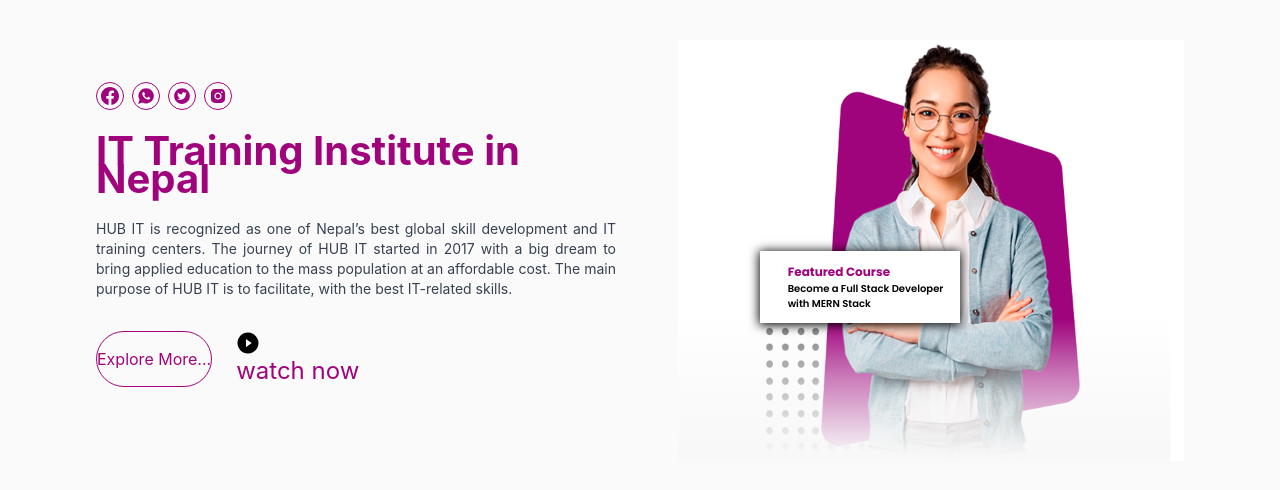
Repository: praveenmunagapati/hgllearnv2
Page: /HomePage/Home
These files come from the project's save history. The page is drawn as it stood at one moment and after the next save; the edit follows.
The browser window is 1280 px wide. The pictures show the whole page.
The project was rebuilt for these pictures with package versions that can differ from the ones it lists, and the page was loaded fresh each time. The framework's server and built-in components were replaced by stand-ins that run in the browser. Also part of the build but not shown: next.config.js.

Above is the page before, as saved 2023-01-03 14:59:30.

### pages/_app.js
import Analytics from "../components/SEO/Seo";
import "../styles/globals.css";
import "../styles/SCSS/master.scss";

function MyApp({ Component, pageProps }) {
  return <div>
    <Analytics />
    <Component {...pageProps} />
  </div>
}

export default MyApp;

### pages/HomePage/Home.jsx
import React from "react";
import { AiFillPlayCircle } from "react-icons/ai";
import Icons from "../../components/Navigation/Navitem/iconitem";
import teacher from "../../public/teacher.png";
import Image from "next/image";
import Link from "next/link";

function Home() {
  return (
    <>
      <div
        className="flex flex-col lg:flex-row xl:flex-row xxl:flex-row
          w-full justify-center items-center pb-20 pt-10
        md:px-8 lg:px-20 xl:px-24 xxl:px-32 px-4 bg-[#fafafa]"
      >
        <div className="h-max md:w-3/6 lg:w-3/6 xl:w-3/6 xxl:w-3/ 6 w-full ">
          <div className="flex mb-3">
            {Icons.map((icon, index) => {
              return (
                <div
                  key={index}
                  className="p-1 rounded-full bg-transparent flex justify-center items-center border border-[#A0047D] hover:border-none mr-2"
                >
                  <span className="text-[#A0047D] cursor-pointer hover:scale-90 duration-300 delay-200 transition-all text-base xl:text-lg xxl:text-xl">
                    <Link href={icon.path} passHref>
                      <a target={"_blank"}>{icon.icon}</a>
                    </Link>
                  </span>
                </div>
              );
            })}
          </div>
          <div className="font-bold xl:text-xl xxl:text-2xl text-[#A0047D] mb-1">
            <h1>IT Training Institute in Nepal</h1>
          </div>
          <div className="text-xs xl:text-sm xxl:text-base text-gray-700 pr-6 text-justify">
            <p>
              HUB IT is recognized as one of Nepal’s best global skill
              development and IT training centers. The journey of HUB IT started
              in 2017 with a big dream to bring applied education to the mass
              population at an affordable cost. The main purpose of HUB IT is to
              facilitate, with the best IT-related skills.
            </p>
          </div>
          <div className="flex py-8">
            <button
              className={
                "border-[1.5px] border-[#A0047D] rounded-full mr-6 text-sm xl:text-base xxl:text-lg text-main hover:scale-105 transition-all ease-in-out duration-300 delay-100 hover:bg-main hover:text-white"
              }
            >
              Explore More...
            </button>
            <div className="flex items-center broder-[1.5px] border-main gap-2 text-2xl ">
              <div className="">
                <div>
                  <AiFillPlayCircle />
                </div>
                <button className="text-main">watch now</button>
              </div>
            </div>
          </div>
        </div>
        <div className="h-full w-full mt-8  md:mt-4 lg:mt-0 xl:mt-0 mx-auto lg:w-3/6 xl:w-3/6 xxl:w-3/6">
          <div className="relative">
            <div className="ml-[3vw]">
              <Image
                src={teacher}
                alt={"Loading"}
                layout="responsive"
                width={120}
                height={100}
              />
            </div>
            <div className="bg-white shadow-[0px_1px_10px_1px_black] h-max py-3 absolute top-[50%] left-[22%]  w-[200px] ">
              <div className="h-full w-full  relative">
                <div className=" h-full w-full flex flex-col justify-center px-4 ml-3">
                  <div className="text-[12px] font-bold text-[#a0047d] Poppins">
                    Featured Course
                  </div>
                  <div className="text-[10px] font-semibold text-black Poppins">
                    Become a Full Stack Developer with MERN Stack
                  </div>
                </div>
              </div>
            </div>
          </div>
        </div>
      </div>
    </>
  );
}

export default Home;

### components/SEO/Seo.js
import Script from 'next/script'

function Analytics() {
  return (
    <div className="container">
      {/* <!-- Global site tag (gtag.js) - Google Analytics --> */}
      <Script
        src="https://www.googletagmanager.com/gtag/js?id=G-HL5GL0WCSP"
        strategy="afterInteractive"
      />
      <Script id="google-analytics" strategy="afterInteractive">
        {`
      window.dataLayer = window.dataLayer || [];
      function gtag(){dataLayer.push(arguments);}
      gtag('js', new Date());

      gtag('config', 'G-HL5GL0WCSP');
        `}
      </Script>

    </div>
  )
}

export default Analytics

### styles/globals.css
html,
body {
  padding: 0;
  margin: 0;
  font-family: -apple-system, BlinkMacSystemFont, Segoe UI, Roboto, Oxygen,
    Ubuntu, Cantarell, Fira Sans, Droid Sans, Helvetica Neue, sans-serif;
    scroll-behavior: smooth;
    box-sizing: border-box;
}

a {
  color: inherit;
  text-decoration: none;
}

* {
  box-sizing: border-box;
}

.info::-webkit-scrollbar{
  display: none;

}
.info{
  width: 20vw;

}
@tailwind base;
@tailwind components;
@tailwind utilities;

### styles/SCSS/master.scss
@import "./utils.scss";

### components/Navigation/Navitem/iconitem.js
import { BsFacebook } from 'react-icons/bs';
import { IoLogoWhatsapp } from 'react-icons/io';
import { AiFillTwitterCircle } from 'react-icons/ai';
import { AiFillInstagram } from 'react-icons/ai';

const Icons = [
    { icon: <BsFacebook />, path:"https://www.facebook.com/hubitts" },
    { icon: < IoLogoWhatsapp />, path:"https://wa.me/message/R23HVVD5DWPVI1" },
    { icon: <AiFillTwitterCircle />, path:"https://twitter.com/hubittraining" },
    { icon: <AiFillInstagram />,path:"https://www.instagram.com/hubittraining" }
];

export default Icons;

### styles/SCSS/utils.scss
$primaryColor: #09313e;

$primaryLight: rgba(2, 167, 217, 0.1);
$Gray: #686868;
$GrayD: #6a6363;
$SecondaryColor: #ef3c23;
$Dark: #0d0106;

$GrayOne: #f9f9f9;
$GrayTwo: #f2f2f2;
$grayFour: #e3e3e3;
$buttonone: #159996;
$TabGray: #e5e7eb;

$GrayOne: #f9f9f9;
$GrayTwo: #f2f2f2;
$grayFour: #e3e3e3;
$buttonone: #159996;

//  font family
@import url("https://fonts.googleapis.com/css2?family=Poppins:ital,wght@0,100;0,200;0,300;0,500;0,600;0,700;0,800;0,900;1,100;1,200;1,300;1,400;1,500;1,600;1,700;1,800;1,900&display=swap");
.Poppins {
  font-family: "Poppins", sans-serif;
}
// fonts closed

.bg-primary {
  background-color: $primaryColor;
}
.bg-primary-light {
  background-color: $primaryLight;
}

.bg-gray {
  background-color: $Gray;
}
.bg-grayOne {
  background-color: $GrayOne;
}
.bg-grayTwo {
  background-color: $GrayTwo;
}
.bg-grayFour {
  background-color: $grayFour;
}
.bg-grayD {
  background-color: $GrayD;
}
.border-primary {
  border-color: $primaryColor;
}
.text-primary {
  color: $primaryColor;
}
.bg-secondary {
  background-color: $SecondaryColor;
}
.text-secondary {
  color: $SecondaryColor;
}
.text-gray {
  color: $Gray;
}
.text-grayD {
  color: #686868;
}
.text-gray-dark {
  color: $GrayD;
}

@mixin btn($bg, $color) {
  background-color: $bg;
  color: $color;
  display: flex;
  justify-content: center;
  cursor: pointer;
  align-items: center;
  padding: 8px 16px;
  transition: all 0.2s;
}
.btn-primary {
  @include btn($primaryColor, white);
}
.btn-Add {
  @include btn($buttonone, white);
}
.btn-secondary {
  @include btn($GrayD, black);
}
@mixin btn-outline($color, $border) {
  border: 1px solid $border;
  color: $color;
  display: flex;
  justify-content: center;
  align-items: center;
  padding: 8px 16px;
  cursor: pointer;
  transition: all 0.2s;
}
.btn-outline-primary {
  @include btn-outline($primaryColor, $primaryColor);
  cursor: pointer;
}

.btn-outline-secondary {
  @include btn-outline($SecondaryColor, $SecondaryColor);
  cursor: pointer;
}
.btn-outline-Gray {
  @include btn-outline($Gray, $Gray);
  cursor: pointer;
}
.card {
  background-color: white;
  box-shadow: 1px 1px 4px 2px rgba(0, 0, 0, 0.06);
  padding: 1rem;
}

.card-one {
  background-color: white;
  // border-radius: 10px;
  box-shadow: 1px 1px 1px 1px rgba(0, 0, 0, 0.02);
  padding: 1.5rem 2.5rem;
}
.container {
  width: 100%;
  margin-left: auto;
  margin-right: auto;
}
.OverViewButton {
  font-family: "Open Sans", sans-serif;
  font-weight: 400;
  cursor: pointer;
  height: fit-content;
}

body::-webkit-scrollbar {
  display: none;
  width: 0.8rem;
}

body::-webkit-scrollbar-track {
  display: none;
  box-shadow: inset 0 0 6px rgba(0, 0, 0, 0.3);
}

body::-webkit-scrollbar-thumb {
  display: none;
  background-color: rgb(117, 136, 144);
  outline: 1px solid slategrey;
}
.scroll {
  overflow: scroll;
}
.scroll::-webkit-scrollbar {
  display: none;
  width: 0.08rem;
}
.scroll::-webkit-scrollbar-thumb {
  display: none;
  background-color: $GrayD;
  outline: 1px solid $GrayD;
}
#UserProfile::after {
  content: " ";
  height: 0;
  position: absolute;
  width: 0;
  top: -19px;
  right: 14px;
  border: 10px solid transparent;
  border-bottom-color: $GrayTwo;
}
input {
  outline: none;
}
// default css for html elemets
h1 {
  display: block;
  font-size: 2em;
  margin-top: 0.67em;
  margin-bottom: 0.67em;
  margin-left: 0;
  margin-right: 0;
  font-weight: bold;
}
h2 {
  display: block;
  font-size: 1.5em;
  margin-top: 0.83em;
  margin-bottom: 0.83em;
  margin-left: 0;
  margin-right: 0;
  font-weight: bold;
}
h3 {
  display: block;
  font-size: 1.17em;
  margin-top: 1em;
  margin-bottom: 1em;
  margin-left: 0;
  margin-right: 0;
  font-weight: bold;
}
h4 {
  display: block;
  margin-top: 1.33em;
  margin-bottom: 1.33em;
  margin-left: 0;
  margin-right: 0;
  font-weight: bold;
}
h5 {
  display: block;
  font-size: 0.83em;
  margin-top: 1.67em;
  margin-bottom: 1.67em;
  margin-left: 0;
  margin-right: 0;
  font-weight: bold;
}
h6 {
  display: block;
  font-size: 0.67em;
  margin-top: 2.33em;
  margin-bottom: 2.33em;
  margin-left: 0;
  margin-right: 0;
  font-weight: bold;
}

.collapsible .content {
  padding: 0.5rem;
}
.collapsible .content-parent {
  height: 0px;
  overflow: hidden;
  transition: height ease-in-out 0.4s;
}
.roundeds {
  display: none;
  color: transparent;
  padding: 0px 0px 0px 5px;
  transition: ease-in-out 0.8s;

  background: #03c9a9;
  position: relative;
  display: block;
  float: left;
}
.roundeds::before {
  content: " ";
  display: block;
  width: 0;
  height: 0;
  border-top: 50px solid transparent;
  border-bottom: 50px solid transparent;
  border-left: 30px solid #03c9a9;
  position: absolute;
  top: 50%;
  margin-top: -50px;
  margin-left: 1px;
  left: 100%;
  z-index: 1;
}
.roundeds::after {
  content: " ";
  display: block;
  width: 0;
  height: 0;
  border-top: 50px solid transparent;
  border-bottom: 50px solid transparent;
  border-left: 30px solid #03c9a9;
  position: absolute;
  top: 50%;
  margin-top: -50px;
  left: 100%;
  z-index: 2;
}
.text {
  color: #03c9a9;
}
.bg-color {
  background-color: rgb(251, 252, 252);
}

.categoryFilter {
  color: rgb(239, 239, 239);
  text-shadow: 1px 1px 5px rgb(25, 24, 24);
}
.hoverme:hover {
  background-color: #02a8da;
}
.textPrimary:hover {
  color: rgba(160, 4, 125, 1);
}

// .featureData{
//   background-image: url('../../public/Teamwork.jpeg');
//   // background-image:linear-gradient(0deg, rgba(2,10,20,0.8995973389355743) 20%, rgba(0,2,20,0.6979166666666667) 55%, rgba(1,2,1,0.3029586834733894) 80%, rgba(1,2,3,0.8995973389355743) 100%), url(../../public/Teamwork.jpeg);
//   background-repeat: no-repeat;

// }
// .featureData::before{
//   ba
// }

.hovertext:hover {
  color: #02a8da;
}

.smalltext {
  font-size: 1px;
  color: red;
}
.borderRadiusHome {
  width: 0;
  height: 345px;
  // border: 130px solid green;
  // border-left: 25px solid red;
  // border-width: 0 25px 25px 0px;
  // border-right: 200px solid red;

  border-bottom-left-radius: 0px;
  border-top-left-radius: 80px;
  border-top-right-radius: 800px;
  border-bottom-right-radius: 505px;
  border: 100px solid rgba(160, 4, 125, 1);
  transform: rotatex(180deg);
  // position: relative;
}
.borderRadiusHome::before {
  content: "";
  top: -83px;
  left: -104px;
  position: absolute;
  // border-radius: 10px;
  background-color: rgba(160, 4, 125, 1);
  // background-color: red;
  width: 300px;
  height: 250px;
  border-bottom-left-radius: 170px;
  border-top-left-radius: 50px;
  border-bottom-right-radius: 30px;

  border-top-right-radius: 50px;
  transform: rotate(8deg);
}
.borderRadiusHome::after {
  content: "";
  top: 173px;
  left: -110px;
  position: absolute;
  width: 282px;
  height: 60px;
  border-bottom-left-radius: 20px;
  border-bottom-right-radius: 15px;
  border-top-left-radius: 35px;
  border-top-right-radius: 30px;
  transform: rotate(-22deg);
  // background-color: red;

  background-color: rgba(160, 4, 125, 1);
}
.buttonWidth {
  width: 570px;
}

// fonts closed
// css for slider
.width {
  min-width: 100%;
}
// scroll to top ko button ko css included gareko
.back-to-top {
  position: fixed;
  bottom: 90px;
  right: 20px;
  font-size: 50px;
  background: rgba(160, 4, 125, 1);
  color: white;
  cursor: pointer;
  border-radius: 100px;
  border: none;
  box-shadow: 0 5px 10px rgb(156, 62, 136);
  z-index: 10;
}

.borderRight {
  background-color: gray;
  width: 1px;
  height: 15px;
}
.borderRadiusTop {
  border-top-left-radius: 5px;
  border-top-right-radius: 5px;
}
.borderRadiusTopHover:hover {
  border-top-left-radius: 5px;
  border-top-right-radius: 5px;
}

@keyframes nextPage {
  0% {
    opacity: 0.8;
    transform: translate(60px, 0);
  }

  100% {
    opacity: 1;
    transform: translate(0, 0);
  }
}

@keyframes prevPage {
  0% {
    opacity: 0.8;
    transform: translate(-60px, 0);
  }

  100% {
    opacity: 1;
    transform: translate(0, 0);
  }
}

.tipDown {
  background-color: rgba(160, 4, 125, 1);
  position: relative;
  z-index: 900;
}
.tipDown::after {
  content: "";
  position: absolute;
  width: 30px;
  background-color: rgba(160, 4, 125, 1);
  z-index: -10;
  height: 30px;
  top: 20px;
  left: 18px;
  rotate: 50deg;
  // border-bottom-left-radius: 20px;
  // border-bottom-right-radius: 20px;
}
.animatePulse {
  animation: pulse 2s cubic-bezier(0.4, 0, 0.6, 1) infinite;

  @keyframes pulse {
    0%,
    100% {
      opacity: 1;
    }
    50% {
      opacity: 0.75;
      background-color: rgb(33, 28, 28);
      // color: rgba(160, 4, 125, 1);
    }
  }
}

### tailwind.config.js
module.exports = {
  content: [
    "./pages/**/*.{js,ts,jsx,tsx}",
    "./components/**/*.{js,ts,jsx,tsx}",
    "./HOC/**/*.{js,ts,jsx,tsx}",
  ],
  theme: {
    screens: {
      xs: { max: "575.98px" },
      sm: { min: "576px", max: "767.98px" },
      md: { min: "768px", max: "991.98px" },
      lg: { min: "992px", max: "1199.98px" },
      xl: { min: "1200px", max: "1399.98px" },
      xxl: { min: "1400px" },
    },
    extend: {
      colors: {
        main: "rgba(160, 4, 125, 1)",
        hoverMain: "#c2259f",
      },
      height: {
        84: "21rem",
        94: "22rem",
        98: "27rem",
        100: "28rem",
        103: "32rem",
        104: "32.5rem",
        108: "34rem",
      },
      width: {
        84: "21rem",
        94: "22rem",
        98: "27rem",
        100: "28rem",
        104: "31rem",
        108: "36rem",
        110: "38rem",
      },
      top: {
        104: "28rem",
      },
    },
  },
  plugins: [require("@tailwindcss/line-clamp")],
};

After the next save:
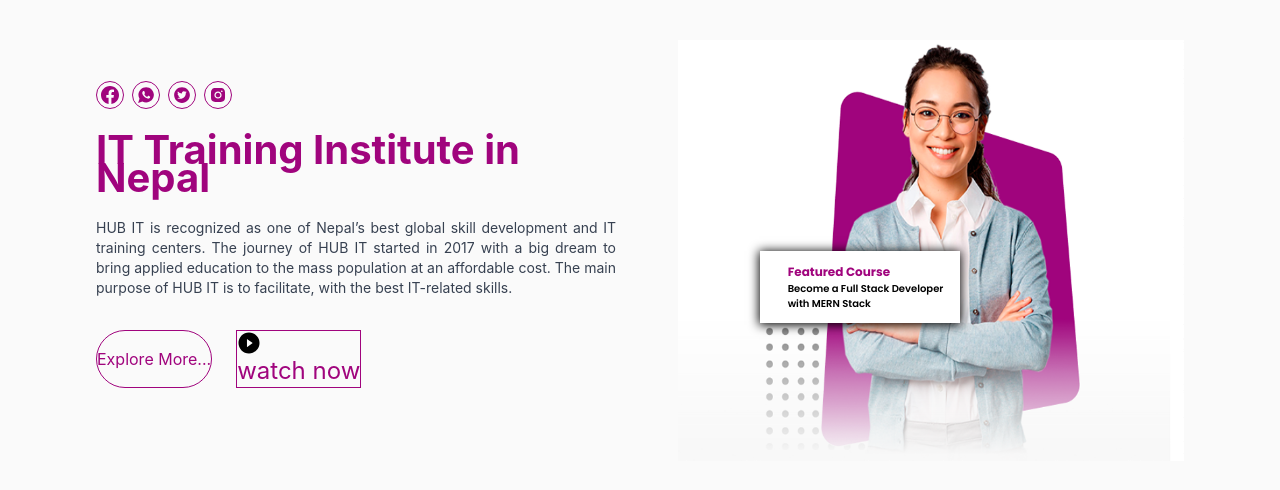
Saved 27 s later.
--- a/pages/HomePage/Home.jsx
+++ b/pages/HomePage/Home.jsx
@@ -50,7 +50,7 @@
             >
               Explore More...
             </button>
-            <div className="flex items-center broder-[1.5px] border-main gap-2 text-2xl ">
+            <div className="flex items-center border-[1.5px] border-main gap-2 text-2xl ">
               <div className="">
                 <div>
                   <AiFillPlayCircle />

After the 5 saves that followed:
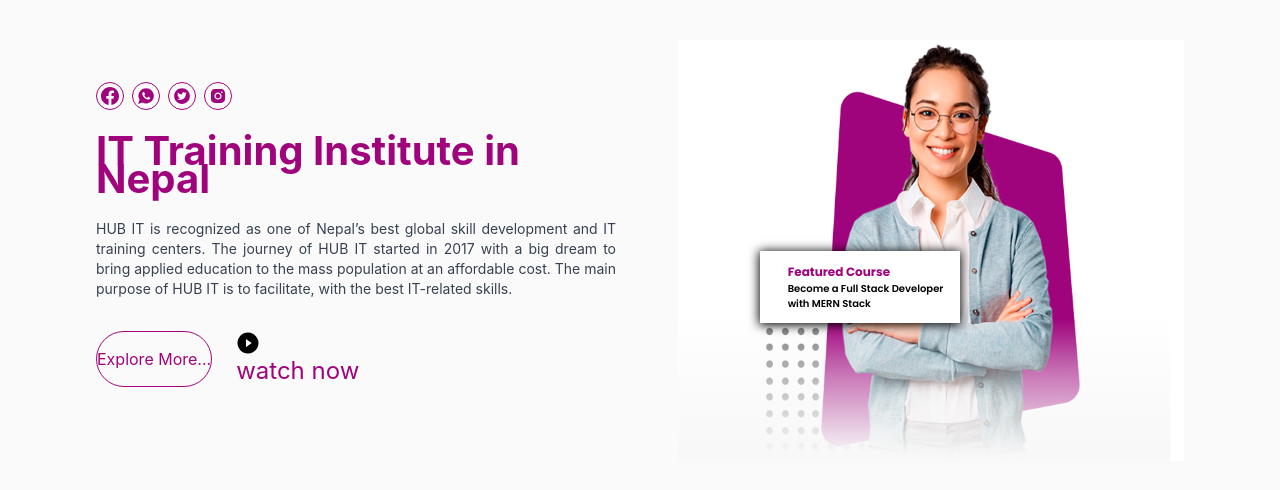
The 5 saves are shown as one change because 4 left the picture as it was.
The last was saved 59 s later.
--- a/pages/HomePage/Home.jsx
+++ b/pages/HomePage/Home.jsx
@@ -50,7 +50,7 @@
             >
               Explore More...
             </button>
-            <div className="flex items-center border-[1.5px] border-main gap-2 text-2xl ">
+            <div className="flex border-main text-2xl ">
               <div className="">
                 <div>
                   <AiFillPlayCircle />
